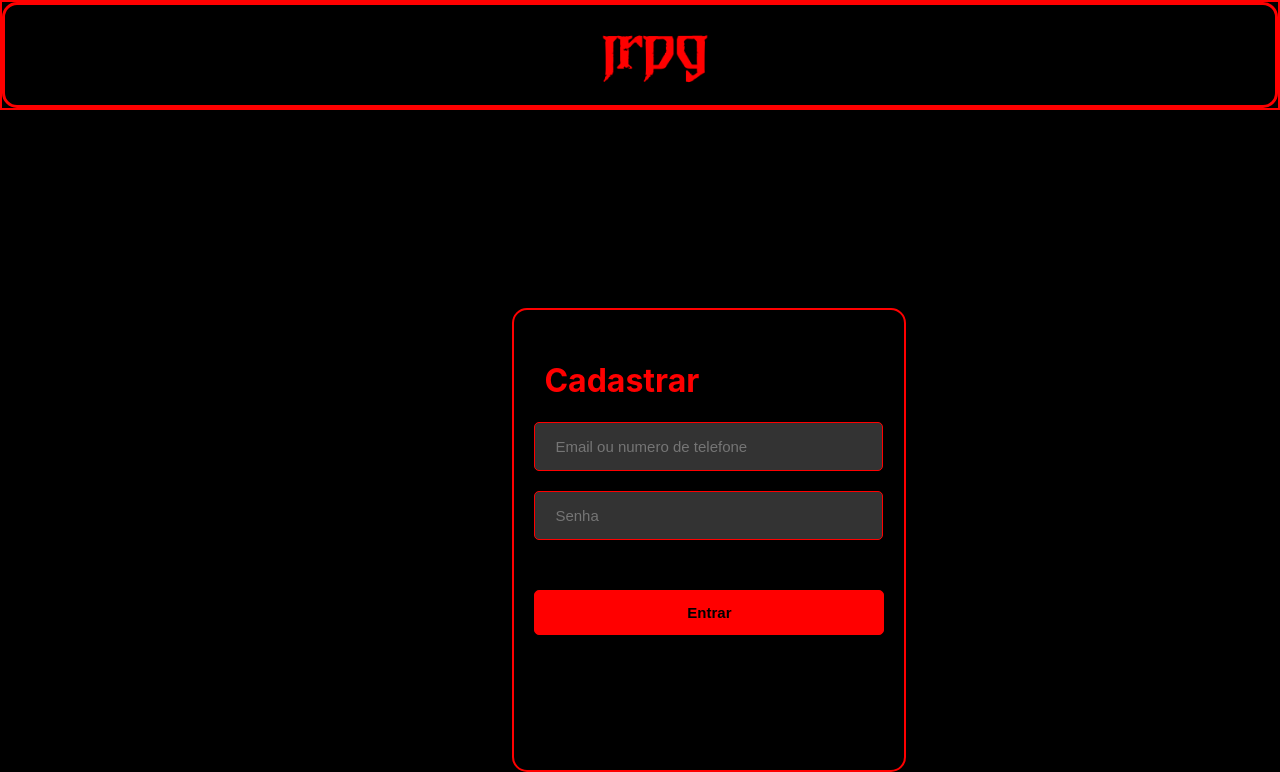
Repository: jpmaffei18/PROJETO_JAVA
Page: http://localhost/FinalWeb/cadastro.jsp
An editor plug-in stored every save of this project. The page is shown before and after a run of saves, followed by the edit.
The browser window is 1280 px wide. The pictures show the whole page.
Some web fonts or font styles are not loaded; a fallback is used. The page is served by Tomcat 9. Other server files are loaded and not shown.

Above is the page before, as saved 2023-04-12 12:34:34.

### FinalWeb/src/main/webapp/cadastro.jsp
<!DOCTYPE html>
<html lang="pt-br">
<head>
    <meta charset="UTF-8">
    <meta http-equiv="X-UA-Compatible" content="IE=edge">
    <meta name="viewport" content="width=device-width, initial-scale=1.0">
    <link href="cadastro.css" rel="stylesheet">
    <link href="https://fonts.cdnfonts.com/css/gobold" rel="stylesheet">
    <link href="https://fonts.cdnfonts.com/css/glacial-indifference-2" rel="stylesheet">

    <title> LOGIN </title>
</head>
<body>
    <header class="cabecalho">
       <img src="imagens/JRPG LOGO.png">
    </header>


    <div class="form">
        <h1>Cadastrar</h1>
            <form method="POST" action="LoginServlet">
                <input type="text" name="usuario" id="email" class="email"placeholder="Email ou numero de telefone" style="width: 325px; height: 45px; border: solid 1px red; border-radius:5px;  margin-left: 10px; background-color: #333333; padding-left: 20px;  color: white; font-size: 15px;" >
                <br/>
                <br/>
                <input type="password" name="senha" id="password" class="form-control" data-toggle="password" placeholder="Senha" style="width: 325px; height: 45px; border: solid 1px red; border-radius:5px;  background-color: #333333; color: white; padding-left: 20px; margin-bottom: 10px; margin-left: 10px; font-size: 15px;">
                <br/>
                <div class="box">
                <br/>
                <br/>

                <input type="submit" name="submit" id="submit" class="submit" style="background-color: red; color: black; width: 350px; height: 45px; border-radius:5px; border:solid 1px red; margin-bottom: 5px; margin-left: 10px; font-weight:900; font-size: 15px; " value="Entrar"/>
                </form>
                </div>

</body>
</html>

### FinalWeb/src/main/webapp/cadastro.css
@import url('https://fonts.cdnfonts.com/css/glacial-indifference-2');
@import url('https://fonts.cdnfonts.com/css/gobold');



body{
    margin: 0;
    margin-top: 0;
    background-color: black ;
    overflow-x: hidden;
    border: solid 2px red;
}

.conteudo{
    width: 100%;
    height: 848px;
    border: solid 2px red;
}

.cabecalho{
    background-color: black ;
    width: 99,7%;
    height: 80px;
    border-radius: 15px;
    border: solid 3px red;
    color: red;
    padding-top: 20px;
    padding-left: 80px;
    align-content: center;
    align-items: center;
    text-align: center;
}

header img{
    margin-top: -20px;
    width: 200px;
    margin-right: 60px;
}

header h3{
    float: right;
    margin-right: 20px;
    margin-left:-40px;
}

header a{
    color: white;
    text-decoration: none;
}


.form{
    height: 400px;
    width: 350px;
    float: left;
    background-color: rgba(0,0,0,.75);
    border: solid 2px red;
    border-radius:15px;
    margin-left: 40%;
    margin-top: 200px;
    padding: 30px;
    padding-left:10px;
    font-family:-apple-system, BlinkMacSystemFont, 'Segoe UI', Roboto, Oxygen, Ubuntu, Cantarell,
    'Open Sans', 'Helvetica Neue', sans-serif;
    color: white;




}
.form h1{
    text-align: left;
    margin-left: 20px;
    color: red;
}

.form .inputs{
    padding: 5px;
    border-radius: 5px;

}

After the next 3 saves:
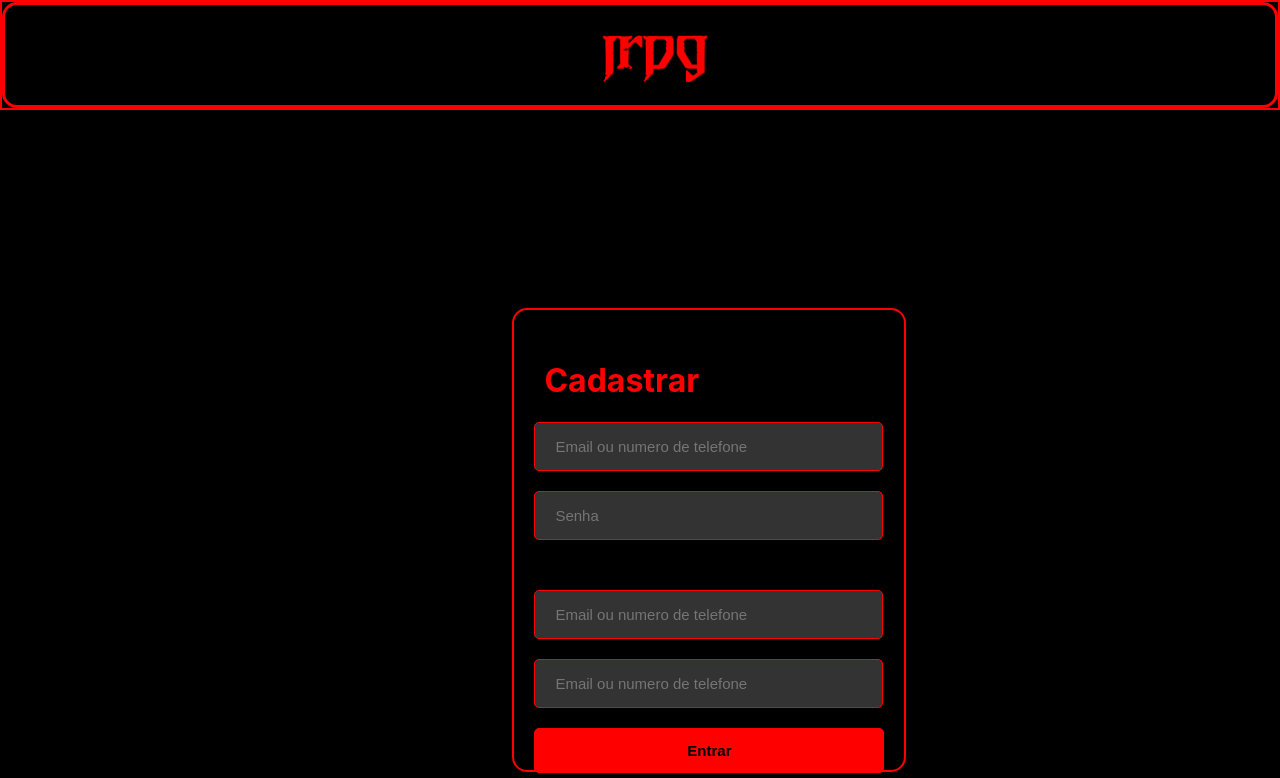
The 3 saves are shown as one change because they came seconds apart.
The last was saved 82 s later.
--- a/FinalWeb/src/main/webapp/cadastro.jsp
+++ b/FinalWeb/src/main/webapp/cadastro.jsp
@@ -27,6 +27,12 @@
                 <div class="box">
                 <br/>
                 <br/>
+                <input type="text" name="usuario" id="email" class="email"placeholder="Email ou numero de telefone" style="width: 325px; height: 45px; border: solid 1px red; border-radius:5px;  margin-left: 10px; background-color: #333333; padding-left: 20px;  color: white; font-size: 15px;" >
+                <br/>
+                <br/>
+                <input type="text" name="usuario" id="email" class="email"placeholder="Email ou numero de telefone" style="width: 325px; height: 45px; border: solid 1px red; border-radius:5px;  margin-left: 10px; background-color: #333333; padding-left: 20px;  color: white; font-size: 15px;" >
+                <br/>
+                <br/>
 
                 <input type="submit" name="submit" id="submit" class="submit" style="background-color: red; color: black; width: 350px; height: 45px; border-radius:5px; border:solid 1px red; margin-bottom: 5px; margin-left: 10px; font-weight:900; font-size: 15px; " value="Entrar"/>
                 </form>
